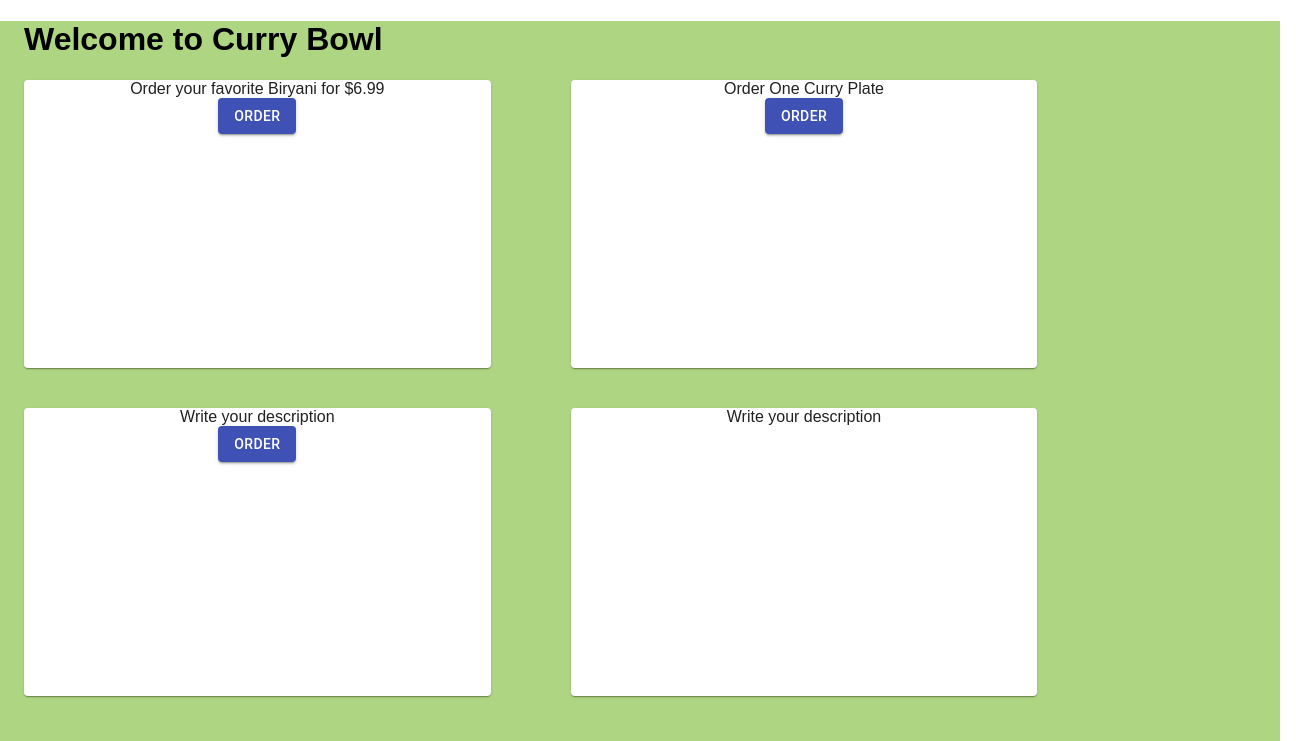
Repository: appikonda/food-order
Page: /
These files come from the project's save history. The page is drawn as it stood at one moment and after a run of saves; the edit follows.
The browser window is 1280 px wide. The page is 1296 px wide, so the pictures cover 1296 px, including what lies to the right of the window. The pictures show the whole page.
The project was rebuilt for these pictures with package versions that can differ from the ones it lists, and the page was loaded fresh each time. Also part of the build but not shown: webpack.config.js, src/App.css.

Above is the page before, as saved 2019-08-16 11:07:10.

### src/App.js
import React, { Component } from 'react';
import logo from './logo.svg';
import './App.css';
import OrderFood from './OrderFood.jsx'
class App extends Component {
  render() {
    return (
      <div>

           <OrderFood/>


    </div>
    );
  }
}

export default App;

### src/OrderFood.jsx
import React, { Component } from 'react';
import Container from '@material-ui/core/Container';
import Grid from '@material-ui/core/Grid';
import Button from '@material-ui/core/Button';
import Dialog from '@material-ui/core/Dialog';
import DialogContent from '@material-ui/core/DialogContent';
//import DialogTitle from '@material-ui/core/DialogTitle';
import Paper from '@material-ui/core/Paper';
import Iframe from 'react-iframe';
//import Divider from '@material-ui/core/Divider';
import AppBar from '@material-ui/core/AppBar';
import Toolbar from '@material-ui/core/Toolbar';
import IconButton from '@material-ui/core/IconButton';
import Typography from '@material-ui/core/Typography';
import CloseIcon from '@material-ui/icons/Close';
//import Slide from '@material-ui/core/Slide';

class OrderFood extends Component {
  constructor(props) {
    super(props);
    this.state ={
      showDialog: false
    }
  }


  render() {
    if (this.state.showDialog){
      return(
        <div>
        {this.renderSearchDialog()}
        </div>
      )
    }else{
      return (
        <div >
        <Container  fixed style={{ backgroundColor: '#aed581', height: '100vh' }}>
        <h1>Welcome to Curry Bowl</h1>
        {this.renderGridOptions()}
        </Container>
          </div>
      );
    }

  }
//One for biryani orders // 6.99
//One for one curry options// 5.99/
//One for 2 curry options //6.99
//One for full plate options //8.99

renderGridOptions(){

  return (
    <div >
     <Grid container spacing={10}>
        <Grid item xs={6} sm={5}  >
          <Paper style={{  textAlign: 'center',  color: '#212121', height: '40vh'  }}>
              Order your favorite Biryani for $6.99
             <br/>
             <Button variant="contained" color="primary" onClick={this.showSearchDiaglog.bind(this)}>
        Order
      </Button>

          </Paper>
        </Grid>
        <Grid item xs={6} sm={5} >
          <Paper style={{  textAlign: 'center',  color: '#212121', height: '40vh'  }}>
             Order One Curry Plate
            <br/>
            <Button variant="contained" color="primary" onClick={this.showSearchDiaglog.bind(this)}>
        Order
      </Button>

          </Paper>
        </Grid>


  </Grid>
  <Grid container spacing={10}>

        <Grid item xs={6} sm={5}  >
          <Paper style={{  textAlign: 'center',  color: '#212121', height: '40vh'  }}>
             Write your description
             <br/>
             <Button variant="contained" color="primary" onClick={this.showSearchDiaglog.bind(this)}>
        Order
      </Button>

          </Paper>
        </Grid>
        <Grid item xs={6} sm={5} >
          <Paper style={{  textAlign: 'center',  color: '#212121', height: '40vh'  }}>
             Write your description

          </Paper>
        </Grid>


  </Grid>
   </div>
  );

}



showSearchDiaglog() {
  this.setState({ showDialog: true });
}
hideSearchDialog() {
  this.setState({ showDialog: false });
}

renderSearchDialog(){
  return (
    <Dialog fullScreen
      disableBackdropClick
      disableEscapeKeyDown
      open={this.state.showDialog}
      aria-labelledby="search-employee-form"      fullWidth
      onClose={this.hideSearchDialog.bind(this)}
    >
       <AppBar >
          <Toolbar>
            <IconButton edge="start" color="inherit" onClick={this.hideSearchDialog.bind(this)} aria-label="close">
              <CloseIcon />
            </IconButton>
            <Typography variant="h6">
              Order
            </Typography>
          </Toolbar>
        </AppBar>



      <Iframe url="https://docs.google.com/forms/d/e/1FAIpQLSdyKr7HLqYcw9uLIflgbRmy-7WHtb8fDuJuym8K5pYcW45q3g/viewform"
      width="100%"
      height="100%"
      allowFullScreen
        id="myId"
        className="myClassname"
        display="initial"
        position="relative"/>




    </Dialog>
  )
}

}

export default OrderFood;

Loaded but not shown: public/index.html (common file); src/index.js (common file); src/index.css (common file)

After the next 2 saves:
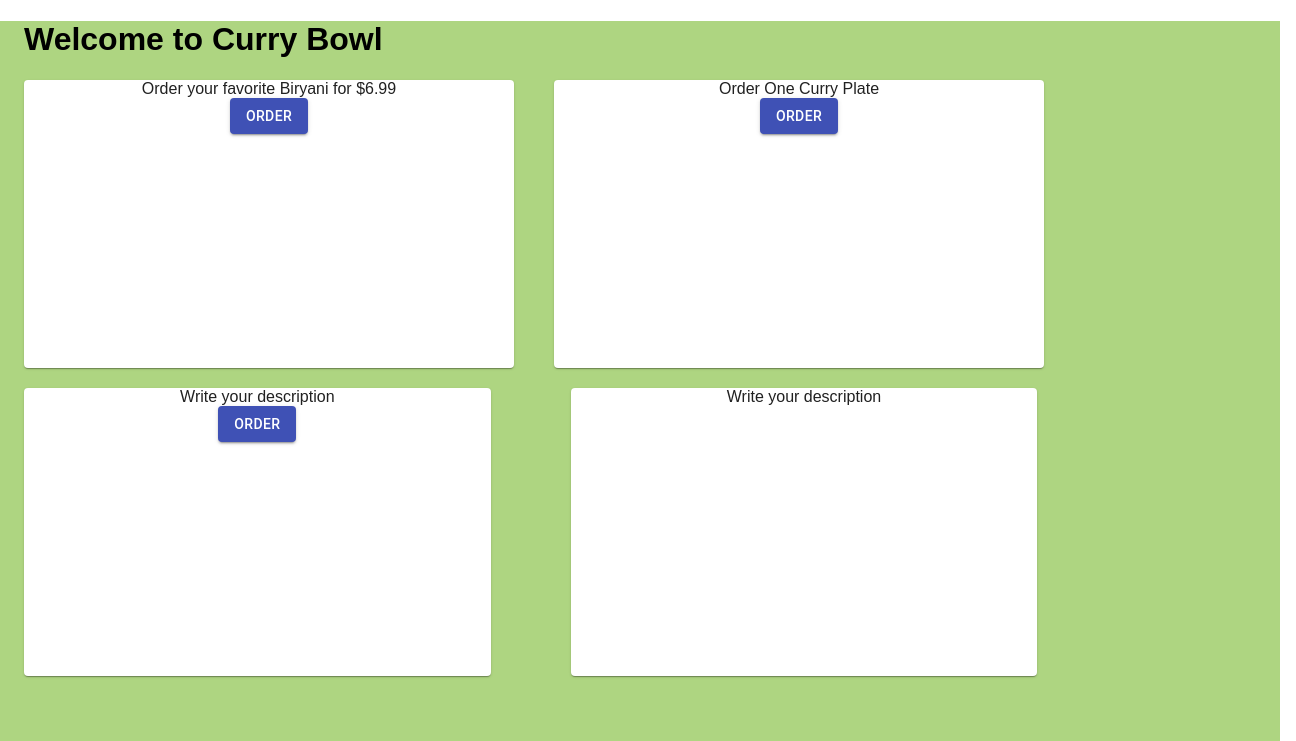
The 2 saves are shown as one change because they came seconds apart.
The last was saved 87 s later.
--- a/src/OrderFood.jsx
+++ b/src/OrderFood.jsx
@@ -52,8 +52,8 @@ renderGridOptions(){
 
   return (
     <div >
-     <Grid container spacing={10}>
-        <Grid item xs={6} sm={5}  >
+     <Grid container spacing={5}>
+        <Grid item xs={8} sm={5}  >
           <Paper style={{  textAlign: 'center',  color: '#212121', height: '40vh'  }}>
               Order your favorite Biryani for $6.99
              <br/>
@@ -63,7 +63,7 @@ renderGridOptions(){
 
           </Paper>
         </Grid>
-        <Grid item xs={6} sm={5} >
+        <Grid item xs={8} sm={5} >
           <Paper style={{  textAlign: 'center',  color: '#212121', height: '40vh'  }}>
              Order One Curry Plate
             <br/>
